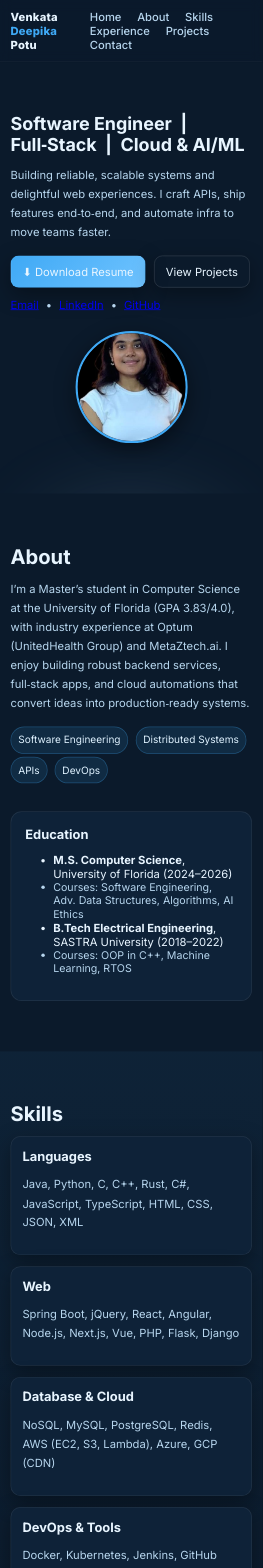
Repository: venkatadeepikapotu/deepika-portfolio
Page: index.html
An editor plug-in stored every save of this project. The page is shown before and after the next save, followed by the edit.
The browser window is 375 px wide. The pictures show the part of the page from y = 0 to 2240 px (the page is 6426 px tall before and 6386 px after), at 70% of full size.

Above is the page before, as saved 2025-11-05 01:35:15.

After the next save:
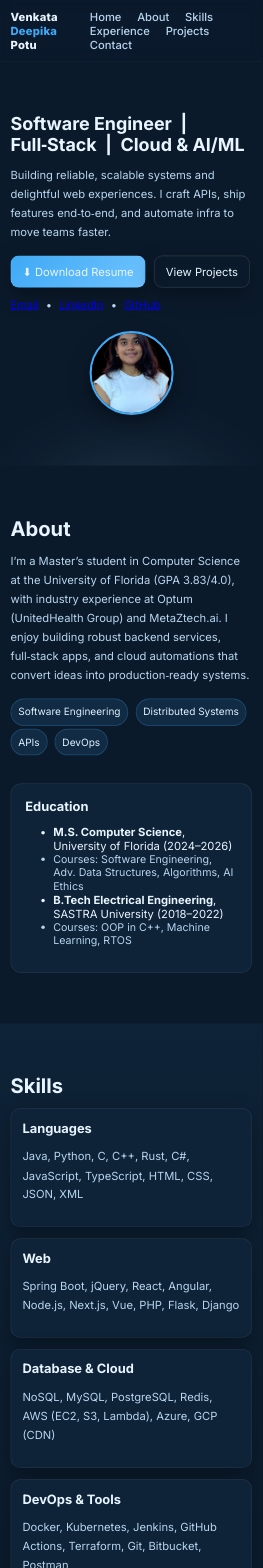
Saved 9 s later.
--- a/styles.css
+++ b/styles.css
@@ -120,6 +120,12 @@ p{color:var(--muted);line-height:1.7}
   filter: blur(40px);
 }
 
+@media (max-width: 600px) {
+  .hero-photo img {
+    width: 120px;
+    height: 120px;
+  }
+}
 
 
 /* Project gallery cards */
